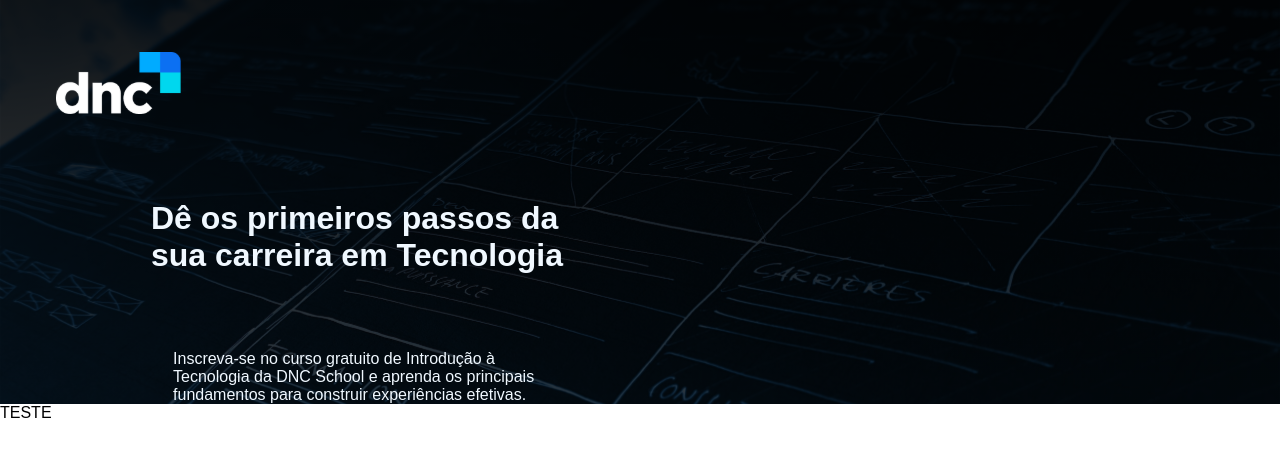
Repository: kleber-goncalves/Landing-Page-dnc
Page: src/index.html
An editor plug-in stored every save of this project. The page is shown before and after a run of saves, followed by the edit.
The browser window is 1280 px wide. The pictures show the whole page.

Above is the page before, as saved 2024-12-09 19:51:38.

After the next 2 saves:
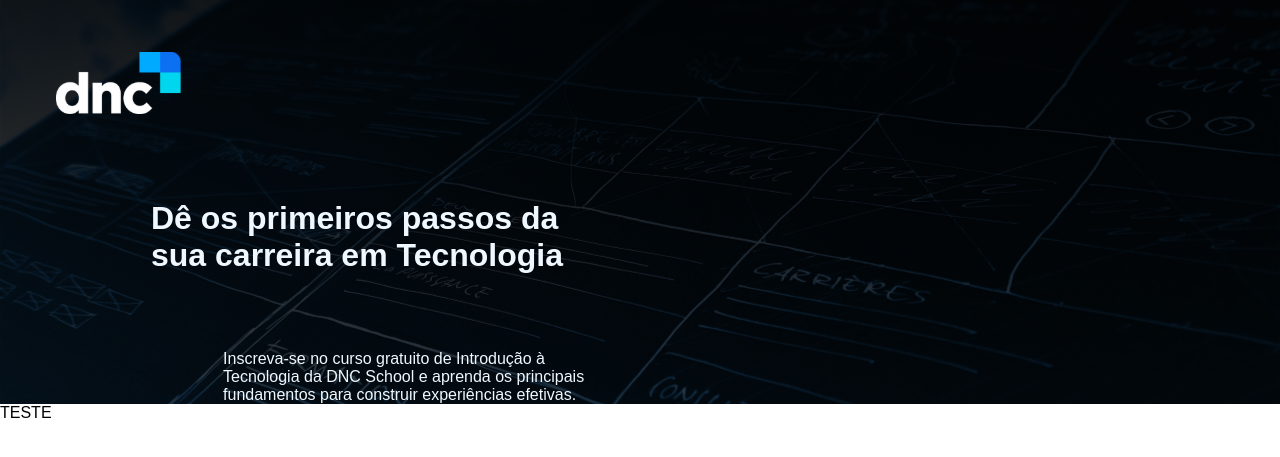
The 2 saves are shown as one change because they came seconds apart.
The last was saved 12 s later.
--- a/src/style.css
+++ b/src/style.css
@@ -29,6 +29,6 @@
 
 #subtitulo {
   display: flex;
-  margin-left: -390px;
+  margin-left: -340px;
   margin-top: 350px;
 }
